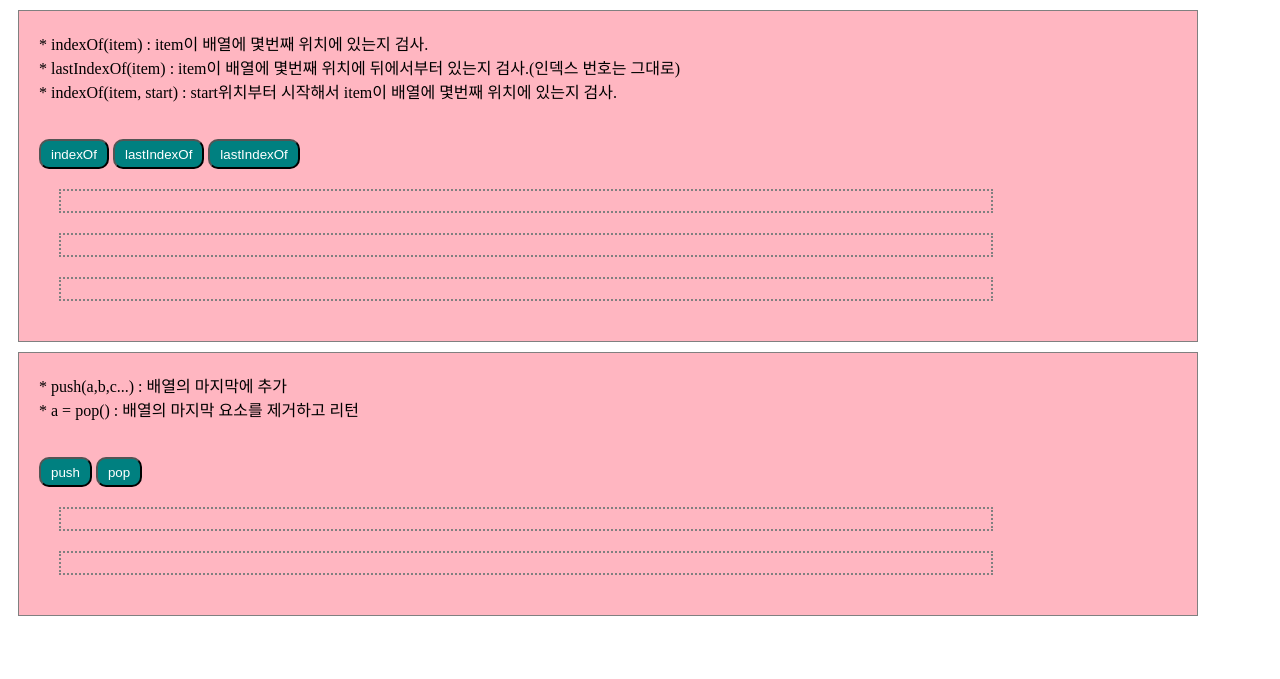
Repository: jeje0130/html
Page: webpro/WebContent/0118/배열메서드.html
An editor plug-in stored every save of this project. The page is shown before and after the next save, followed by the edit.
The browser window is 1280 px wide. The pictures show the whole page.
After loading, the first visible `input[onclick="proc5()"]` was clicked once.

Above is the page before, as saved 2021-01-18 01:03:25.
Console error: ReferenceError: proc5 is not defined

After the next save:
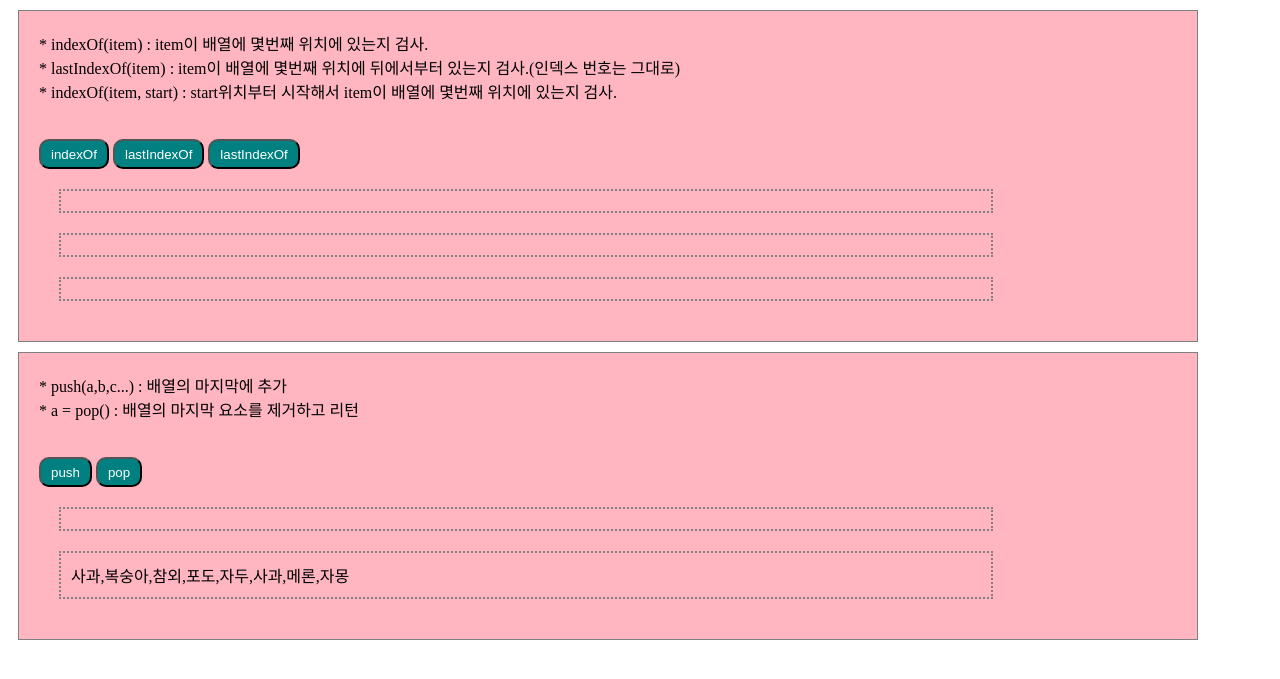
The error is gone.
Saved 2 min 56 s later.
--- a/webpro/WebContent/0118/배열메서드.html
+++ b/webpro/WebContent/0118/배열메서드.html
@@ -78,6 +78,15 @@ function proc4() {
 	result.innerHTML = arr;
 
 }
+
+function proc5() {
+
+	arr2 = arr.pop();
+
+	//출력
+	result = document.getElementById('result5');
+	result.innerHTML = arr;
+}
 </script>
 <style>
 </style>
